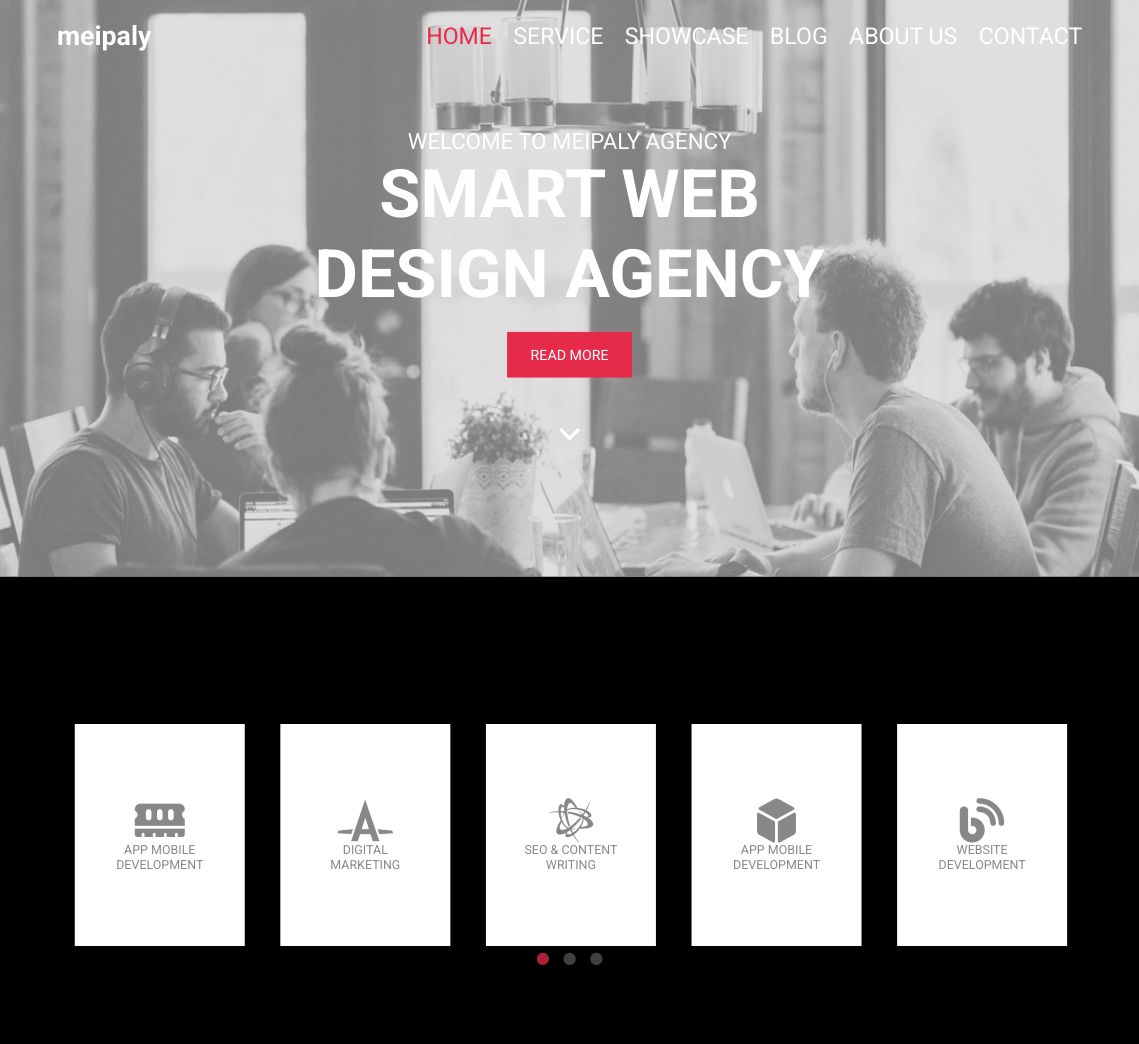
Repository: ducdatit2002/meipaly
Page: index.html
An editor plug-in stored every save of this project. The page is shown before and after a run of saves, followed by the edit.
The browser window is 1280 px wide. The pictures show the whole page, at 89% of full size.

Above is the page before, as saved 2023-07-17 11:04:31.

After the next 6 saves:
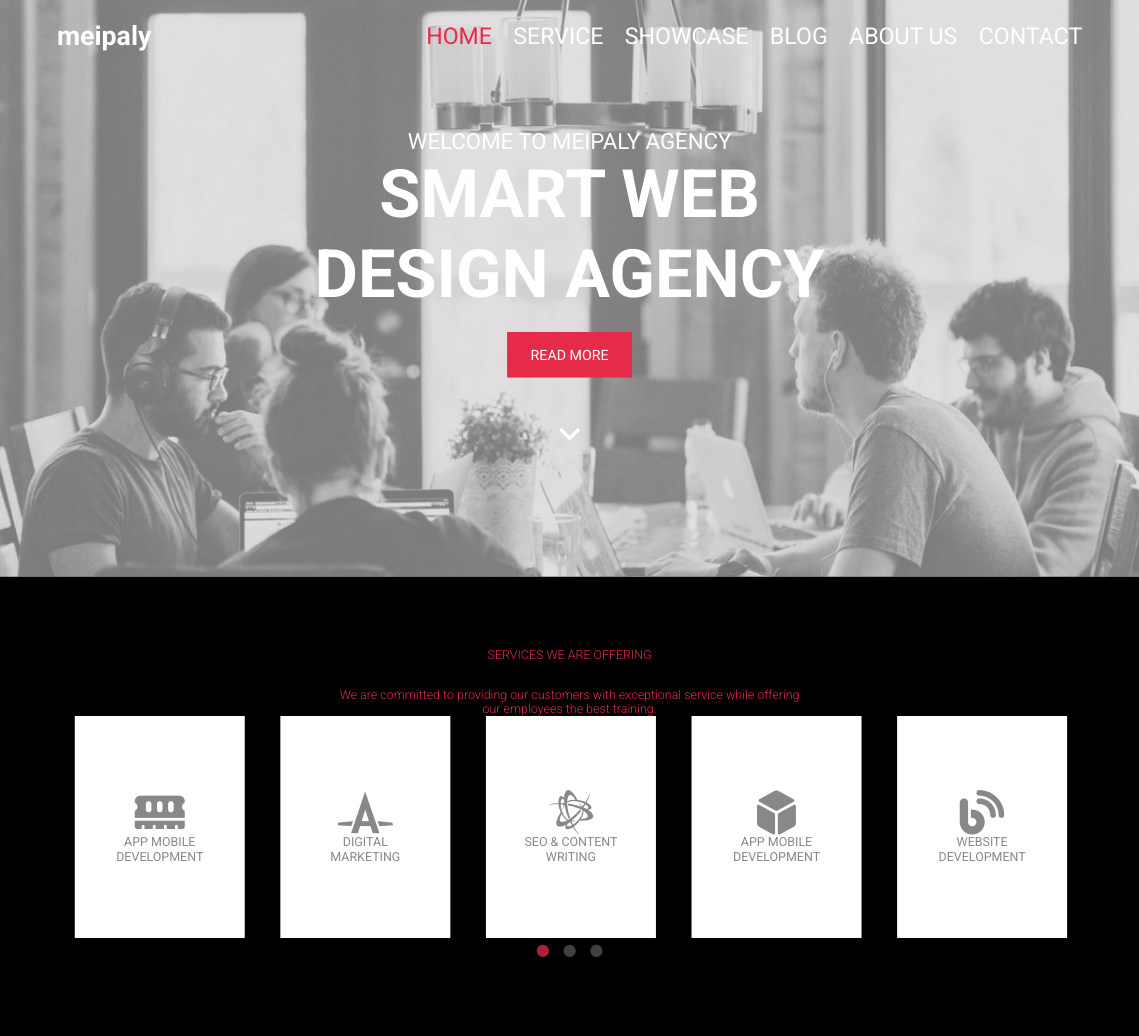
The 6 saves are shown as one change because they came seconds apart.
The last was saved 19 s later.
--- a/index.css
+++ b/index.css
@@ -118,7 +118,9 @@ header a.active, header a:hover {
     text-align: center;
 }
 .carousel__title p{
-
+    font-size: 14px;
+    color: #e62b4a;
+    font-weight: 300;
 }
 .item__container {
     background: white;
